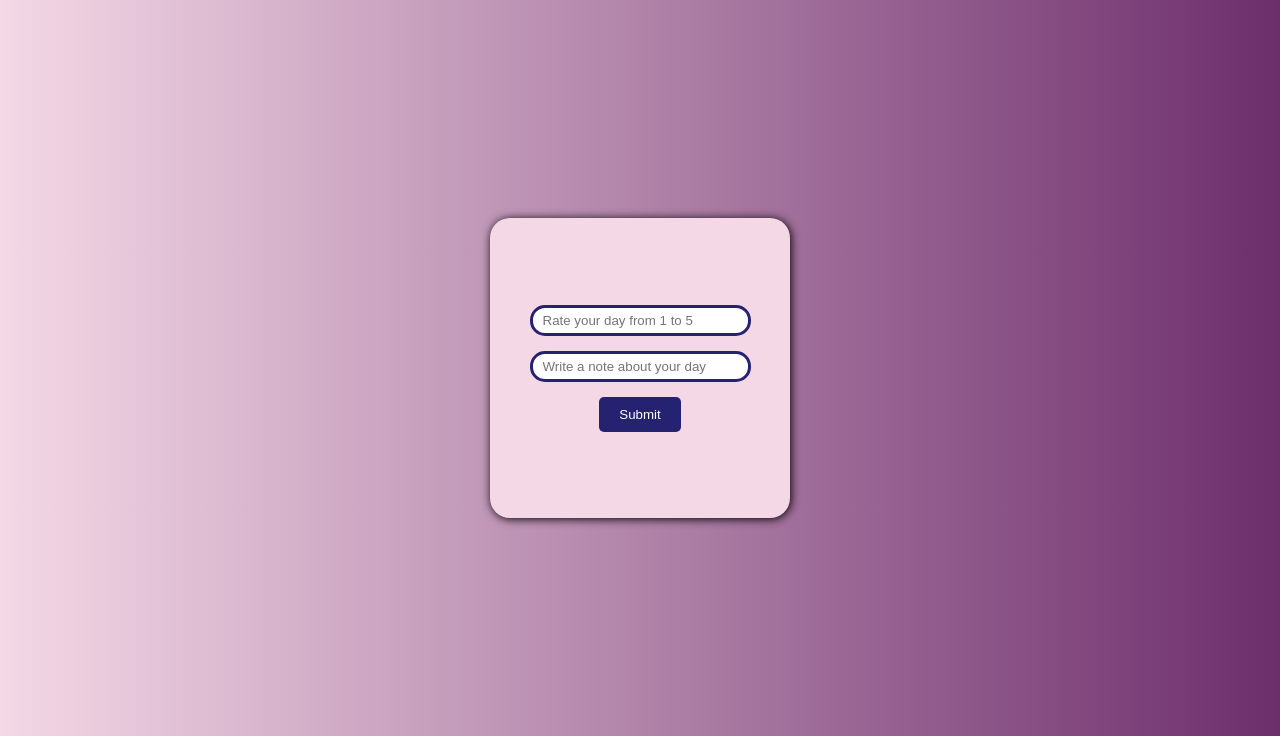
Repository: elenav24/RateMyDay
Page: frontend/index.html
An editor plug-in stored every save of this project. The page is shown before and after the next save, followed by the edit.
The browser window is 1280 px wide. The pictures show the whole page.

Above is the page before, as saved 2025-05-15 01:35:50.

After the next save:
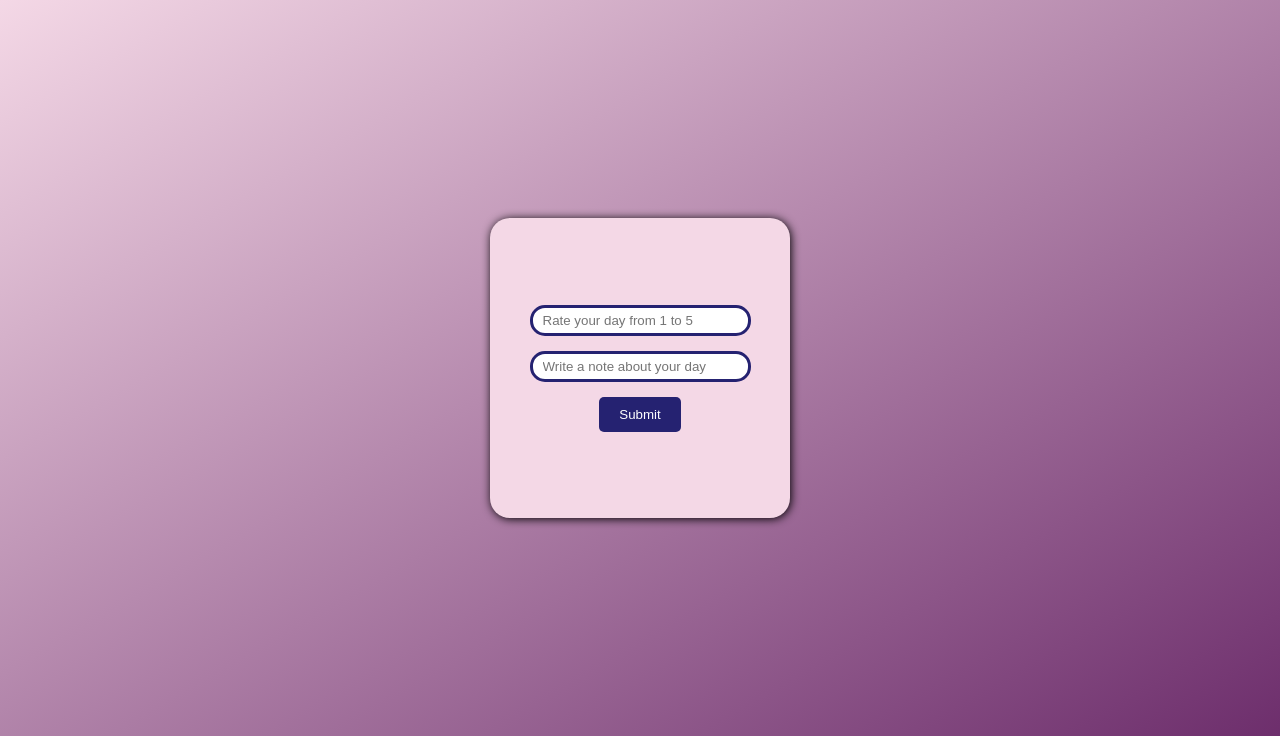
Saved 80 s later.
--- a/frontend/style.css
+++ b/frontend/style.css
@@ -3,7 +3,7 @@ body {
     justify-content: center;
     align-items: center;
     height: 100vh;
-    background: linear-gradient(to right, #f4d8e6, #6d2e6c);
+    background: linear-gradient(to right bottom, #f4d8e6, #6d2e6c);
 }
 
 .container {
